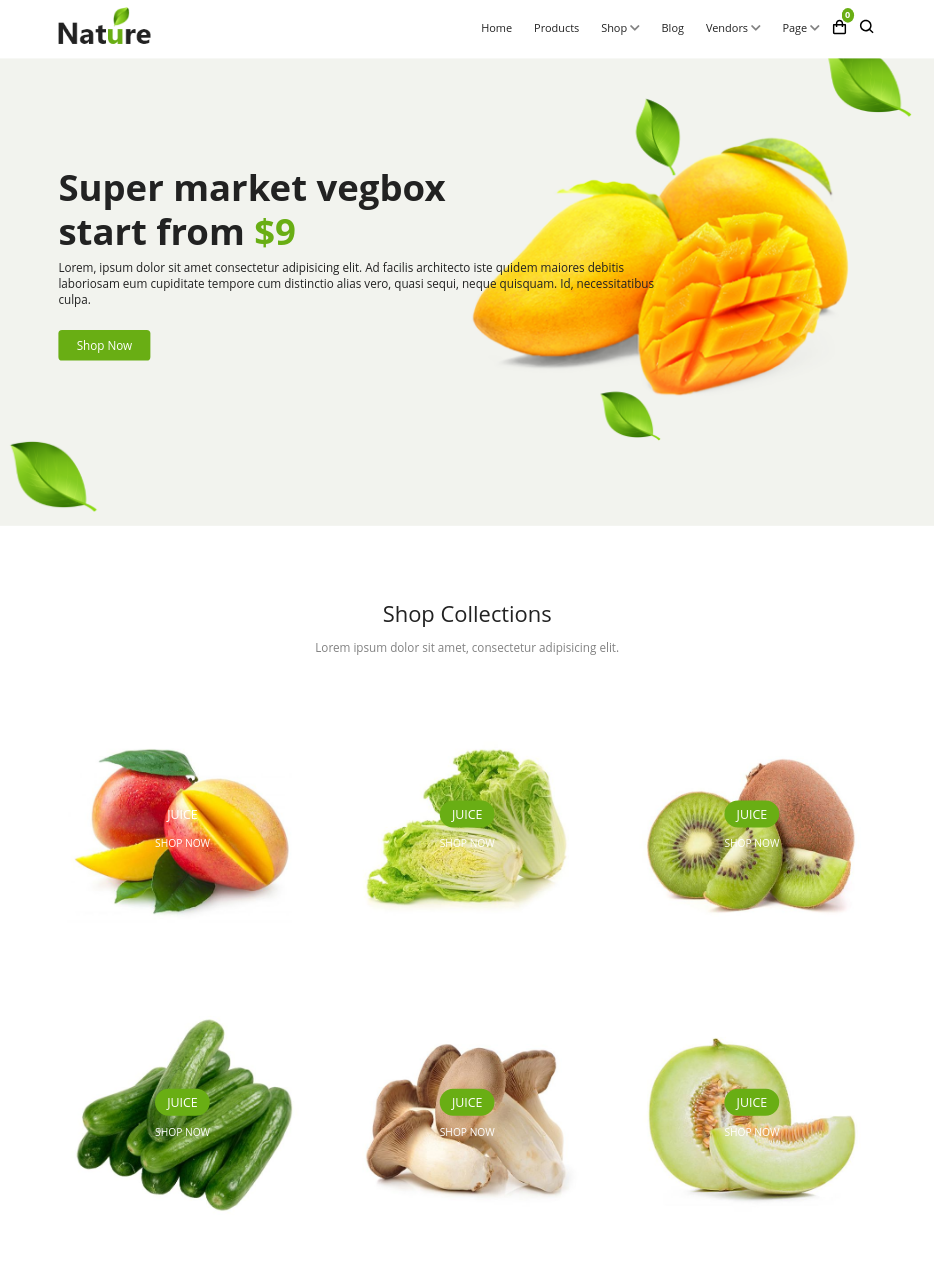
Repository: hoanggiainfomation/hoanggiainfomation.github.io
Page: index.html
The author's editor kept a copy of each file at every save. The page is drawn from the files as they stood at one save, then again after the next save.
The browser window is 1280 px wide. The pictures show the whole page, at 73% of full size.
The pointer rests on the first visible `.collection-item`.
Some web libraries are served in a nearby version.

Above is the page before, as saved 2021-08-17 20:21:43.

### index.html
<!DOCTYPE html>
<html lang="en">
  <head>
    <meta charset="UTF-8" />
    <meta name="viewport" content="width=device-width, initial-scale=1.0" />
    <!-- Favicon -->
    <link rel="shortcut icon" href="./images/favicon.png" type="image/png" />
    <!-- Font Awesome -->
    <link
      rel="stylesheet"
      href="https://cdnjs.cloudflare.com/ajax/libs/font-awesome/5.15.1/css/all.min.css"
    />
    <!-- ======== Swiper Js ======= -->
    <link
      rel="stylesheet"
      href="https://cdnjs.cloudflare.com/ajax/libs/Swiper/6.7.5/swiper-bundle.min.css"
    />

    <!-- Boxicons -->
    <link
      href="https://unpkg.com/boxicons@2.0.8/css/boxicons.min.css"
      rel="stylesheet"
    />
    <!-- Custom StyleSheet -->
    <link rel="stylesheet" href="./styles.css" />
    <title>Codevo - Ecommerce Website</title>
  </head>
  <body>
    <!-- Navigation -->
    <nav class="nav">
      <div class="wrapper container">
        <div class="logo">
          <a href="">
            <img src="./images/logo.png" alt="" />
          </a>
        </div>
        <ul class="nav-list show">
          <div class="top">
            <label for="" class="btn close-btn"
              ><i class="fas fa-times"></i
            ></label>
          </div>
          <li><a href="index.html">Home</a></li>
          <li><a href="products.html">Products</a></li>
          <li>
            <a href="" class="desktop-item"
              >Shop <span><i class="fas fa-chevron-down"></i></span
            ></a>
            <input type="checkbox" id="showMega" />
            <label for="showMega" class="mobile-item"
              >Shop <span><i class="fas fa-chevron-down"></i></span
            ></label>
            <div class="mega-box">
              <div class="content">
                <div class="row">
                  <img src="./images/nav.png" alt="" />
                </div>
                <div class="row">
                  <header>Shop Layout</header>
                  <ul class="mega-links">
                    <li><a href="#">Shop With Background</a></li>
                    <li><a href="#">Shop Mini Categories</a></li>
                    <li><a href="#">Shop Only Categories</a></li>
                    <li><a href="#">Shop Icon Categories</a></li>
                  </ul>
                </div>
                <div class="row">
                  <header>Filter Layout</header>
                  <ul class="mega-links">
                    <li><a href="#">Sidebar</a></li>
                    <li><a href="#">Filter Default</a></li>
                    <li><a href="#">Filter Drawer</a></li>
                    <li><a href="#">Filter Dropdown</a></li>
                  </ul>
                </div>
                <div class="row">
                  <header>Product Layout</header>
                  <ul class="mega-links">
                    <li><a href="#">Layout Zoom</a></li>
                    <li><a href="#">Layout Sticky</a></li>
                    <li><a href="#">Layout Sticky 2</a></li>
                    <li><a href="#">Layout Scroll</a></li>
                  </ul>
                </div>
              </div>
            </div>
          </li>
          <li><a href="">Blog</a></li>
          <li>
            <a href="" class="desktop-item"
              >Vendors <span><i class="fas fa-chevron-down"></i></span
            ></a>
            <input type="checkbox" id="showdrop1" />
            <label for="showdrop1" class="mobile-item"
              >Vendors <span><i class="fas fa-chevron-down"></i></span
            ></label>
            <ul class="drop-menu1">
              <li><a href="">Vendor Store listings</a></li>
              <li><a href="">Store Details</a></li>
            </ul>
          </li>

          <li>
            <a href="" class="desktop-item"
              >Page <span><i class="fas fa-chevron-down"></i></span
            ></a>
            <input type="checkbox" id="showdrop2" />
            <label for="showdrop2" class="mobile-item"
              >Page <span><i class="fas fa-chevron-down"></i></span
            ></label>
            <ul class="drop-menu2">
              <li><a href="">About</a></li>
              <li><a href="">Contact</a></li>
              <li><a href="">Faq</a></li>
              <li><a href="">Page 404</a></li>
            </ul>
          </li>
          <!-- icons -->
          <li class="icons">
            <a href="cart.html">
              <span>
                <img src="./images/shoppingBag.svg" alt="" />
                <small class="count d-flex">0</small>
              </span>
            </a>
            <span><img src="./images/search.svg" alt="" /></span>
          </li>
        </ul>
        <label for="" class="btn open-btn"><i class="fas fa-bars"></i></label>
      </div>
    </nav>
    <!-- Hero -->
    <div class="hero">
      <div class="row">
        <!-- Swiper -->
        <div class="swiper-container slider-1">
          <div class="swiper-wrapper">
            <div class="swiper-slide">
              <img src="./images/hero-1.png" alt="" />
              <div class="content">
                <h1>
                  Super market vegbox
                  <br />
                  start from
                  <span>$9</span>
                </h1>
                <p>
                  Lorem, ipsum dolor sit amet consectetur adipisicing elit. Ad
                  facilis architecto iste quidem maiores debitis laboriosam eum
                  cupiditate tempore cum distinctio alias vero, quasi sequi,
                  neque quisquam. Id, necessitatibus culpa.
                </p>
                <a href="">Shop Now</a>
              </div>
            </div>
            <div class="swiper-slide">
              <img src="./images/hero-2.png" alt="" />
              <div class="content">
                <h1>
                  You first Order
                  <br />
                  start from
                  <span>20% off</span>
                  at Juice
                </h1>
                <p>
                  Lorem, ipsum dolor sit amet consectetur adipisicing elit. Ad
                  facilis architecto iste quidem maiores debitis laboriosam eum
                  cupiditate tempore cum distinctio alias vero, quasi sequi,
                  neque quisquam. Id, necessitatibus culpa.
                </p>
                <a href="">Shop Now</a>
              </div>
            </div>
            <div class="swiper-slide">
              <img src="./images/hero-3.png" alt="" />
              <div class="content">
                <h1>
                  Super market vegbox
                  <br />
                  start from
                  <span>$9</span>
                </h1>
                <p>
                  Lorem, ipsum dolor sit amet consectetur adipisicing elit. Ad
                  facilis architecto iste quidem maiores debitis laboriosam eum
                  cupiditate tempore cum distinctio alias vero, quasi sequi,
                  neque quisquam. Id, necessitatibus culpa.
                </p>
                <a href="">Shop Now</a>
              </div>
            </div>
          </div>
          <!-- <div class="swiper-button-next"></div>
        <div class="swiper-button-prev"></div> -->
        </div>
      </div>
      <!-- Carousel Navigation -->
      <div class="arrows d-flex">
        <div class="swiper-prev d-flex">
          <i class="bx bx-chevrons-left swiper-icon"></i>
        </div>
        <div class="swiper-next d-flex">
          <i class="bx bx-chevrons-right swiper-icon"></i>
        </div>
      </div>
    </div>
    <!-- Collertions -->
    <section class="section collection">
      <div class="title">
        <h2>Shop Collections</h2>
        <span>Lorem ipsum dolor sit amet, consectetur adipisicing elit.</span>
      </div>
      <div class="collection-layout container">
        <div class="collection-item">
          <img src="./images/product-1.jpg" alt="" />
          <div class="collection-content">
            <h3>JUICE</h3>
            <a href="">SHOP NOW</a>
          </div>
        </div>
        <div class="collection-item">
          <img src="./images/product-2.jpg" alt="" />
          <div class="collection-content">
            <h3>JUICE</h3>
            <a href="">SHOP NOW</a>
          </div>
        </div>
        <div class="collection-item">
          <img src="./images/product-3.jpg" alt="" />
          <div class="collection-content">
            <h3>JUICE</h3>
            <a href="">SHOP NOW</a>
          </div>
        </div>
        <div class="collection-item">
          <img src="./images/product-4.jpg" alt="" />
          <div class="collection-content">
            <h3>JUICE</h3>
            <a href="">SHOP NOW</a>
          </div>
        </div>
        <div class="collection-item">
          <img src="./images/product-5.jpg" alt="" />
          <div class="collection-content">
            <h3>JUICE</h3>
            <a href="">SHOP NOW</a>
          </div>
        </div>
        <div class="collection-item">
          <img src="./images/product-6.jpg" alt="" />
          <div class="collection-content">
            <h3>JUICE</h3>
            <a href="">SHOP NOW</a>
          </div>
        </div>
      </div>
    </section>
    <!-- ======== SwiperJS ======= -->
    <script src="https://cdnjs.cloudflare.com/ajax/libs/Swiper/6.7.5/swiper-bundle.min.js"></script>
    <!-- Custom Scripts -->
    <script src="./js/slider.js"></script>
    <script src="./js/index.js"></script>
  </body>
</html>

### styles.css
:root {
  --primary: #69ae14;
  --white: #fff;
  --black: #222;
  --grey1: #3a3b3c;
  --grey2: #828282;
}

*,
*::before,
*::after {
  margin: 0;
  padding: 0;
  box-sizing: inherit;
}

@import url("https://fonts.googleapis.com/css2?family=Open+Sans:wght@400;600;700&display=swap");

html {
  box-sizing: border-box;
  font-size: 62.5%;
}

body {
  font-family: "Open Sans", sans-serif;
  font-size: 1.6rem;
  background-color: var(--white);
  color: var(--black);
  font-weight: 400;
}

h1,
h2,
h3,
h4,
h5 {
  font-weight: 600;
}

a {
  text-decoration: none;
  color: inherit;
}

li {
  list-style: none;
}

.container {
  max-width: 114rem;
  margin: 0 auto;
}

@media (max-width: 1200px) {
  .container {
    padding: 0 3rem;
  }
}

@media (max-width: 768px) {
  .container {
    max-width: 60rem;
  }
}

.d-flex {
  display: flex;
  align-items: center;
}

nav {
  position: fixed;
  top: 0;
  left: 0;
  width: 100%;
  z-index: 999;
  background-color: var(--white);
  height: 8rem;
  line-height: 8rem;
}

.nav.fix-nav {
  width: 100%;
  box-shadow: 0 5px 15px rgba(0, 0, 0, 0.3);
  z-index: 999;
}

nav .wrapper {
  display: flex;
  align-items: center;
  justify-content: space-between;
  position: relative;
  height: 100%;
}

.wrapper .logo {
  height: 100%;
}

.wrapper .logo a {
  display: flex;
  align-items: center;
  justify-content: center;
  height: 100%;
}

.wrapper .nav-list {
  display: inline-flex;
}

.nav-list li i {
  color: var(--grey2);
}
/* .nav-list li i::after {
  content: "";
  position: absolute;
  top: 0;
  right: 0;
  width: 10px;
  height: 10px;
} */

.nav-list a {
  color: var(--black);
  font-size: 1.5rem;
  padding: 0.9rem 1.5rem;
  border-radius: 0.5rem;
  transition: all 300ms ease;
}

.nav-list li a:hover {
  color: var(--primary);
}

.nav-list .drop-menu1,
.nav-list .drop-menu2 {
  box-shadow: 0 0 2px rgba(0, 0, 0, 0.1);
  width: 20rem;
  top: 8.5rem;
  line-height: 4.5rem;
  position: absolute;
  background-color: var(--white);
  opacity: 0;
  visibility: hidden;
  transition: all 300ms ease;
}

.nav-list .drop-menu1 li a,
.nav-list .drop-menu2 li a {
  display: block;
  font-size: 1.5rem;
  width: 100%;
  padding: 0 0 0 1.5rem;
  border-radius: 0;
  color: var(--grey2);
}

.nav-list .drop-menu1 li a:hover,
.nav-list .drop-menu2 li a:hover {
  color: var(--primary);
}

.nav-list li:hover .drop-menu1,
.nav-list li:hover .drop-menu2,
.nav-list li:hover .mega-box {
  opacity: 1;
  visibility: visible;
  top: 6.5rem;
}

.mega-box {
  box-shadow: 0 0 2px rgba(0, 0, 0, 0.1);
  position: absolute;
  top: 8.5rem;
  left: 0;
  width: 100%;
  padding: 0 3rem;
  background-color: var(--white);
  opacity: 0;
  visibility: hidden;
  transition: all 300ms ease;
}

.mega-box .content {
  padding: 2.5rem 2rem;
  display: flex;
  width: 100%;
  justify-content: space-between;
}

.mega-box .content .row {
  width: calc(25% - 3rem);
  line-height: 4.5rem;
}

.content .row img {
  width: 100%;
  height: 100%;
  object-fit: cover;
}

.content .row header {
  font-size: 1.6rem;
  font-weight: 700;
  color: var(--grey1);
}

.content .row .mega-links {
  border-left: 1px solid rgba(255, 255, 255, 0.09);
  margin-left: -4rem;
}

.content .row li {
  padding: 0 2rem;
}

.content .row li a {
  padding: 0 2rem;
  display: block;
  font-size: 1.5rem;
  color: var(--grey2);
}

.content .row li a:hover {
  color: var(--primary);
}

.nav-list .mobile-item {
  display: none;
}

.nav-list input {
  display: none;
}

.wrapper .btn {
  color: var(--white);
  font-size: 2rem;
  cursor: pointer;
  display: none;
}

.nav-list .icons span {
  display: inline-block;
  margin: 0.5rem 1rem 0 0;
  position: relative;
}

.nav-list .icons a {
  padding: 0;
  display: inline-block;
}

.nav-list .icons .count {
  justify-content: center;
  position: absolute;
  top: 0.8rem;
  right: -0.8rem;
  background-color: var(--primary);
  height: 2rem;
  padding: 0.5rem;
  color: var(--white);
  font-weight: 700;
  border-radius: 50%;
}

@media (max-width: 968px) {
  .wrapper .nav-list {
    position: fixed;
    top: 0;
    left: -100%;
    height: 100%;
    width: 100%;
    max-width: 35rem;
    background-color: var(--white);
    display: block;
    overflow-y: auto;
    line-height: 5rem;
    box-shadow: 0 1.5rem 1.5rem rgba(0, 0, 0, 0.1);
    transition: all 300ms linear;
  }

  .wrapper .nav-list.show {
    left: 0;
  }

  .nav-list li {
    margin: 1.5rem 1rem;
  }

  .nav-list a {
    display: block;
    font-size: 1.8rem;
    padding: 0 2rem;
    color: var(--black);
  }

  .nav-list .drop-menu1,
  .nav-list .drop-menu2 {
    position: static;
    opacity: 1;
    visibility: visible;
    top: 6.5rem;
    padding-left: 2rem;
    width: 100%;
    max-height: 0;
    overflow: hidden;
  }

  #showdrop1:checked ~ .drop-menu1,
  #showdrop2:checked ~ .drop-menu2,
  #showMega:checked ~ .mega-box {
    max-height: 100%;
  }

  .nav-list .drop-menu1 li,
  .nav-list .drop-menu2 li {
    margin: 0;
  }

  .nav-list .drop-menu1 li a,
  .nav-list .drop-menu2 li a {
    color: var(--grey2);
    font-size: 1.5rem;
  }

  .nav-list .desktop-item {
    display: none;
  }

  .nav-list .mobile-item {
    display: block;
    font-size: 1.8rem;
    padding-left: 2rem;
    color: var(--black);
    cursor: pointer;
    border-radius: 0.5rem;
  }

  .nav-list .mobile-item:hover {
    color: var(--primary);
  }

  .mega-box {
    position: static;
    top: 6.5rem;
    padding: 0 2rem;
    opacity: 1;
    visibility: visible;
    max-height: 0;
    overflow: hidden;
    transition: all 300ms ease;
  }

  .mega-box .content {
    flex-direction: column;
    padding: 2rem 2rem 0 2rem;
  }

  .mega-box .content .row {
    width: 100%;
    border-top: 1px solid rgba(255, 255, 255, 0.09);
    margin-bottom: 1.5rem;
  }

  .content .row:nth-child(1),
  .content .row:nth-child(2) {
    border-top: 0;
  }

  .content .row .mega-links {
    border-left: 0;
    padding-left: 2rem;
  }

  .row .mega-links li {
    margin: 0;
  }

  .wrapper .btn {
    display: block;
    color: var(--black);
  }

  .nav-list .top {
    position: relative;
    display: block;
    background-color: var(--primary);
    width: 100%;
    height: 8rem;
  }

  .nav-list .close-btn {
    position: absolute;
    top: 1.5rem;
    right: 2.5rem;
    color: var(--white);
  }

  .nav-list .icons {
    padding-left: 2rem;
  }
}
/* Hero */
.hero {
  height: 100vh;
  position: relative;
  overflow: hidden;
}

.swiper-container,
.hero .row {
  width: 100%;
  height: 100%;
}

.hero .row {
  position: relative;
}

.hero .row img {
  height: 100%;
  width: 100%;
  object-fit: cover;
}

.hero .row .content {
  position: absolute;
  top: 50%;
  left: 80px;
  transform: translateY(-50%);
}

.hero .row .content h1 {
  line-height: 1.2;
  font-size: 5rem;
  font-weight: 700;
}

.hero .row .content span {
  color: var(--primary);
}

.hero .row .content p {
  margin: 1rem 0 1rem;
  width: 70%;
}

.hero .row .content a {
  display: inline-block;
  color: var(--white);
  background-color: var(--primary);
  border-radius: 5px;
  padding: 1rem 2.5rem;
  margin-top: 2rem;
}

.swiper-slide-active .content h1 {
  animation: movebottom 1s ease-in-out;
}

.swiper-slide-active .content a {
  animation: movetop 1s ease-in-out;
}

.swiper-slide-active .content p {
  animation: moveleft 1s ease-in-out;
}
@keyframes movebottom {
  0% {
    transform: translateY(-100px);
    opacity: 0;
  }
  100% {
    transform: translateY(0px);
    opacity: 1;
  }
}
@keyframes movetop {
  0% {
    transform: translateY(-100px);
    opacity: 0;
  }
  100% {
    transform: translateY(0px);
    opacity: 1;
  }
}
@keyframes moveleft {
  0% {
    transform: translateX(-100px);
    opacity: 0;
  }
  100% {
    transform: translateX(0px);
    opacity: 1;
  }
}
.hero .arrows {
  position: absolute;
  top: 50%;
  transform: translateY(-50%);
  width: 100%;
  z-index: 10;
  visibility: hidden;
  transition: all 500ms ease-in-out;
}
.hero:hover .arrows {
  visibility: visible;
  opacity: 1;
}
.arrows .swiper-prev,
.arrows .swiper-next {
  position: absolute;
  padding: 0.5rem 0.7rem;
  background-color: var(--primary);
  border-radius: 5px;
  color: var(--white);
  cursor: pointer;
}
.arrows .swiper-prev {
  left: 20px;
}
.arrows .swiper-next {
  right: 20px;
}
@media screen and (max-width: 567px) {
  .hero .row .content {
    left: 20px;
  }
  .hero .row .content h1 {
    font-size: 3rem;
  }
  .hero .row .content p {
    width: 80%;
  }
}
/* Collection */
section {
  padding: 10rem 0 5rem 0;
  overflow: hidden;
}
section .title {
  text-align: center;
  margin-bottom: 5rem;
}
section .title h2 {
  font-size: 3rem;
  font-weight: 400;
  margin-bottom: 1.5rem;
}
section .title span {
  color: var(--grey2);
}
.collection-layout {
  display: grid;
  grid-template-columns: repeat(3, 1fr);
  gap: 3rem;
}
.collection-item {
  position: relative;
  overflow: hidden;
  z-index: 0;
}
.collection-item img {
  object-fit: cover;
  height: 100%;
  width: 100%;
  transition: all 500ms ease-in-out;
}
.collection-content {
  position: absolute;
  top: 50%;
  left: 50%;
  transform: translate(-50%, -50%);
  color: var(--white);
  text-align: center;
  z-index: 3;
}
.collection-content h3 {
  background-color: var(--primary);
  color: var(--white);
  border-radius: 5rem;
  padding: 0.7rem 1.4rem;
  font-size: 1.7rem;
  font-weight: inherit;
  margin-bottom: 1rem;
  transition: all 300ms ease-in-out;
}
.collection-content a {
  transition: all 300ms ease-in-out;
  font-size: 1.4rem;
}
.collection-content a:hover {
  color: var(--primary);
}
.collection-item:hover .collection-content h3 {
  background-color: var(--while);
  color: var(--white);
}

### js/slider.js
const swiper1 = new Swiper(".slider-1", {
  autuplay: {
    delay: 3500,
    disableOnInteraction: false,
  },
  grapbCursor: true,
  effect: "fade",
  loop: true,
  navigator: {
    nextEl: ".swiper-next",
    pervEl: ".swiper-prev",
  },
});

### js/index.js
const openNav = document.querySelector(".open-btn");
const closeNav = document.querySelector(".close-btn");
const menu = document.querySelector(".nav-list");

openNav.addEventListener("click", () => {
  menu.classList.add("show");
});
closeNav.addEventListener("click", () => {
  menu.classList.remove("show");
});

After the next save:
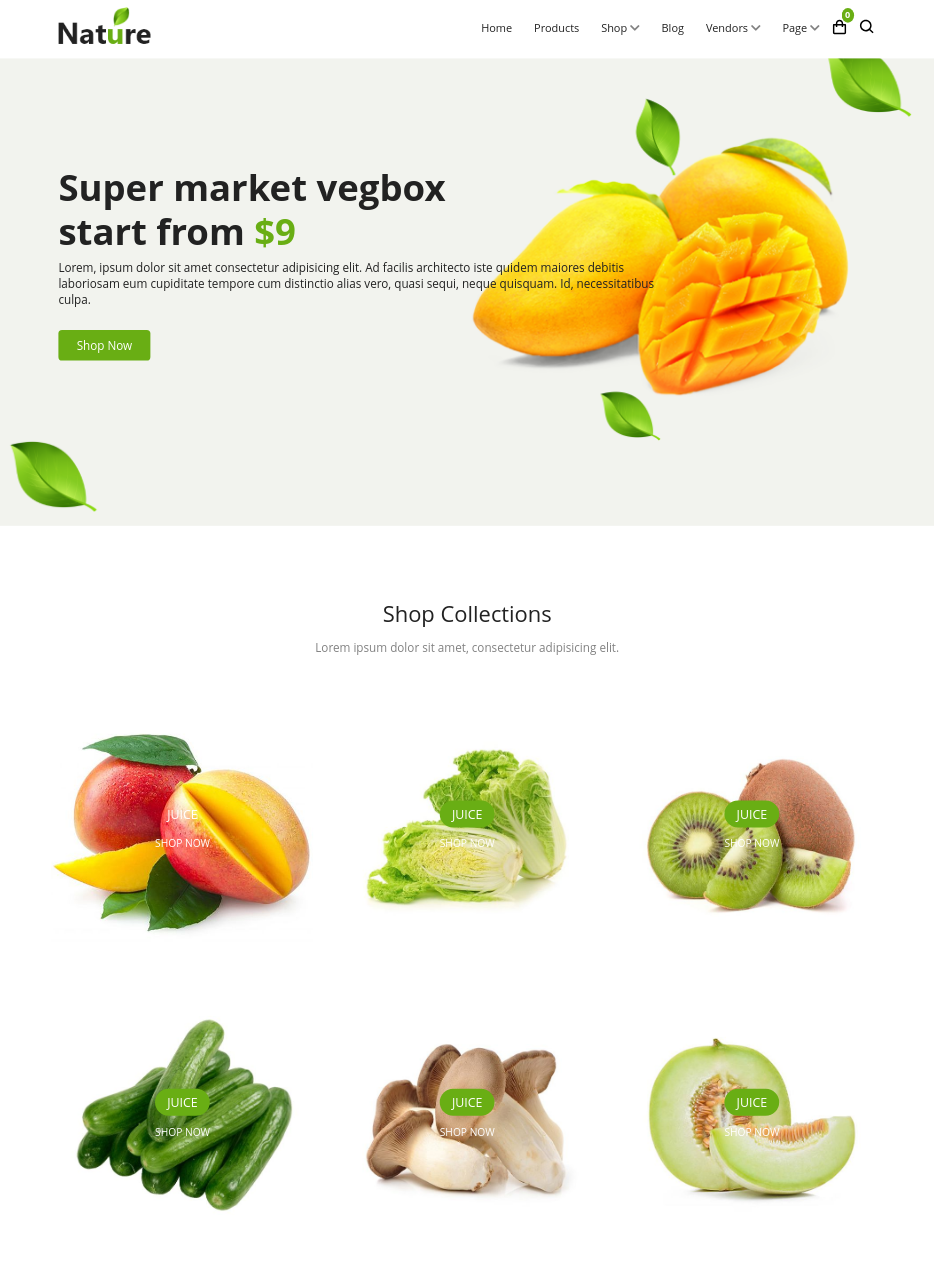
Saved 53 s later.
--- a/styles.css
+++ b/styles.css
@@ -598,3 +598,6 @@ section .title span {
   background-color: var(--while);
   color: var(--white);
 }
+.collection-item:hover img {
+  transform: scale(1.2);
+}
